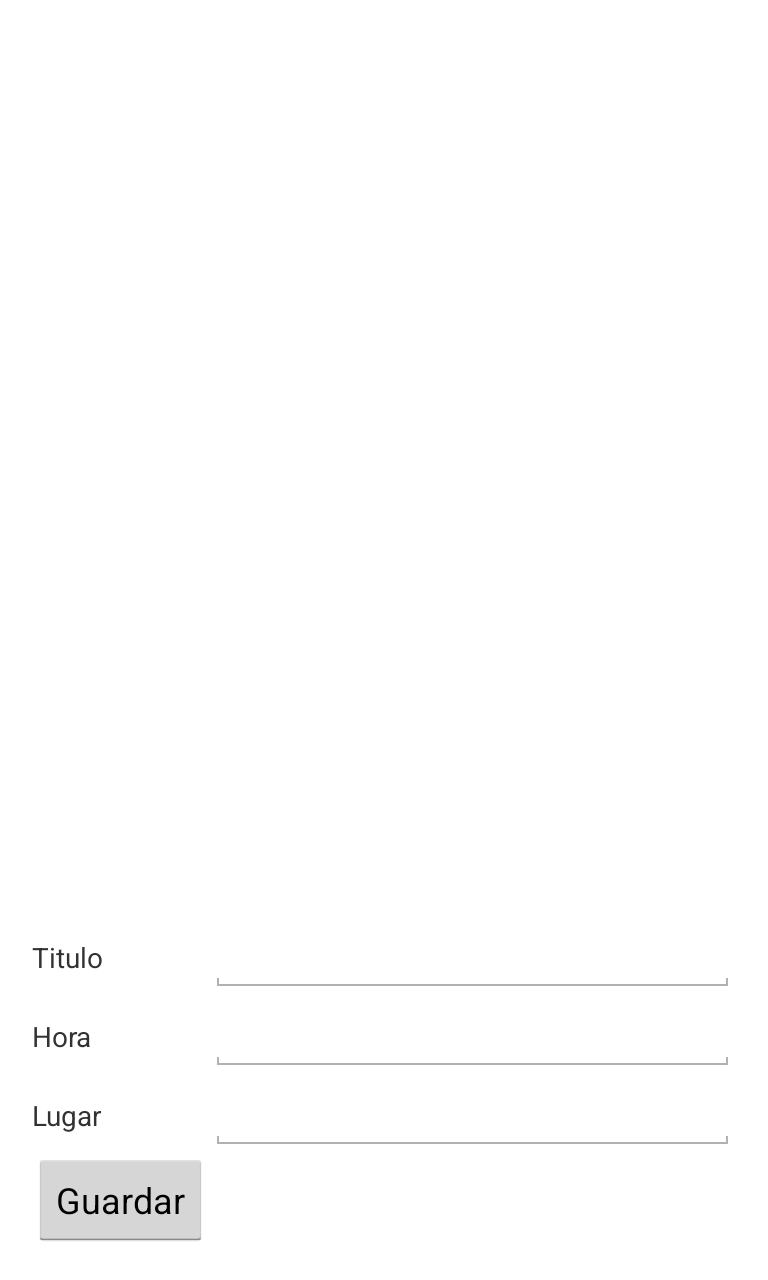
Repository: AndrewJey/Proyectos_De_Android
Layout: MiniAgenda/res/layout/activity_insertar.xml
The author's editor kept a copy of each file at every save. The layout is drawn from the files as they stood at one save, then again after the next save.
It is drawn on a 768 x 1280 px phone screen (xhdpi) without system bars, with theme AppTheme; the app's code is not run.

Above is the layout before, as saved 2014-09-06 20:50:35.

### MiniAgenda/res/layout/activity_insertar.xml
<RelativeLayout xmlns:android="http://schemas.android.com/apk/res/android"
    xmlns:tools="http://schemas.android.com/tools"
    android:layout_width="match_parent"
    android:layout_height="match_parent"
    android:paddingBottom="@dimen/activity_vertical_margin"
    android:paddingLeft="@dimen/activity_horizontal_margin"
    android:paddingRight="@dimen/activity_horizontal_margin"
    android:paddingTop="@dimen/activity_vertical_margin"
    tools:context="com.example.miniagenda.InsertarActivity" >

    <TableLayout
        android:id="@+id/MiniAgendaInsertar"
        android:layout_width="match_parent"
        android:layout_height="wrap_content"
        android:layout_alignParentBottom="true"
        android:shrinkColumns="1"
        android:stretchColumns="1" >

        <TableRow>

            <TextView android:text="@string/titulolbl" />

            <EditText android:id="@+id/tituloTxt" />
        </TableRow>

        <TableRow>
            <TextView android:text="@string/horalbl" />
            <EditText android:id="@+id/horaTxt" />
        </TableRow>
        <TableRow>
            <TextView android:text="@string/lugarlbl" />
            <EditText android:id="@+id/lugarTxt" />
        </TableRow>

        <TableRow>

            <Button
                android:layout_width="match_parent"
                android:layout_height="wrap_content"
                android:onClick="guardarOnClick"
                android:text="@string/guardar" />
        </TableRow>
    </TableLayout>

</RelativeLayout>

### MiniAgenda/res/values/strings.xml
<?xml version="1.0" encoding="utf-8"?>
<resources>

    <string name="app_name">MiniAgenda</string>
    <string name="insertar">Insertar Tarea</string>
    <string name="action_settings">Settings</string>

    <string name="title_activity_detalle">DetalleActivity</string>
    <string name="hello_world">Hello world!</string>

    <string name="title_activity_insertar">InsertarActivity</string>
    <string name="guardar">Guardar</string>
    <string name="titulolbl">Titulo</string>
    <string name="horalbl">Hora</string>
    <string name="lugarlbl">Lugar</string>
    <string name="descripcionlbl">Descripcion</string>

</resources>

Loaded but not shown: MiniAgenda/res/values/styles.xml (common file); MiniAgenda/res/values-v11/styles.xml (common file); MiniAgenda/res/values-v14/styles.xml (common file); MiniAgenda/res/values/dimens.xml (common file); MiniAgenda/res/values-w820dp/dimens.xml (common file)

After the next save:
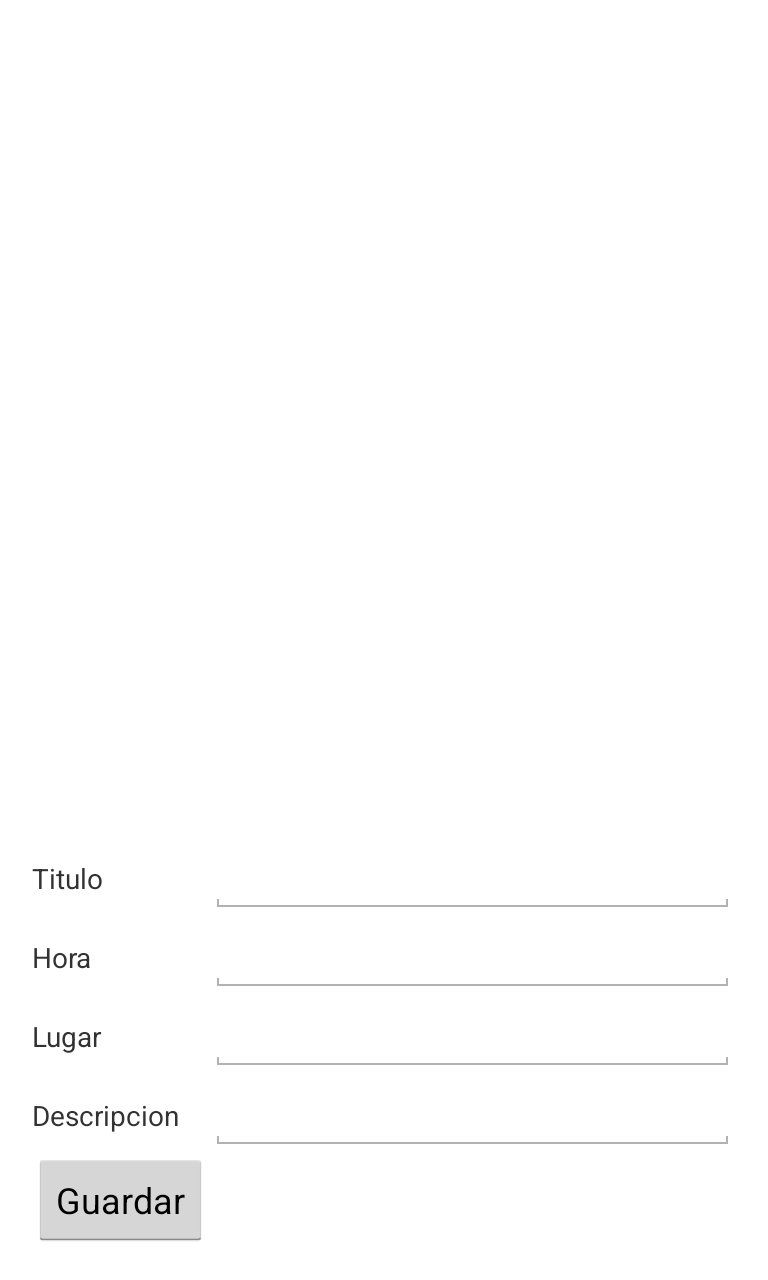
Saved 24 s later.
--- a/MiniAgenda/res/layout/activity_insertar.xml
+++ b/MiniAgenda/res/layout/activity_insertar.xml
@@ -31,6 +31,10 @@
             <TextView android:text="@string/lugarlbl" />
             <EditText android:id="@+id/lugarTxt" />
         </TableRow>
+        <TableRow>
+            <TextView android:text="@string/descripcionlbl" />
+            <EditText android:id="@+id/descripcionTxt" />
+        </TableRow>
 
         <TableRow>
 
